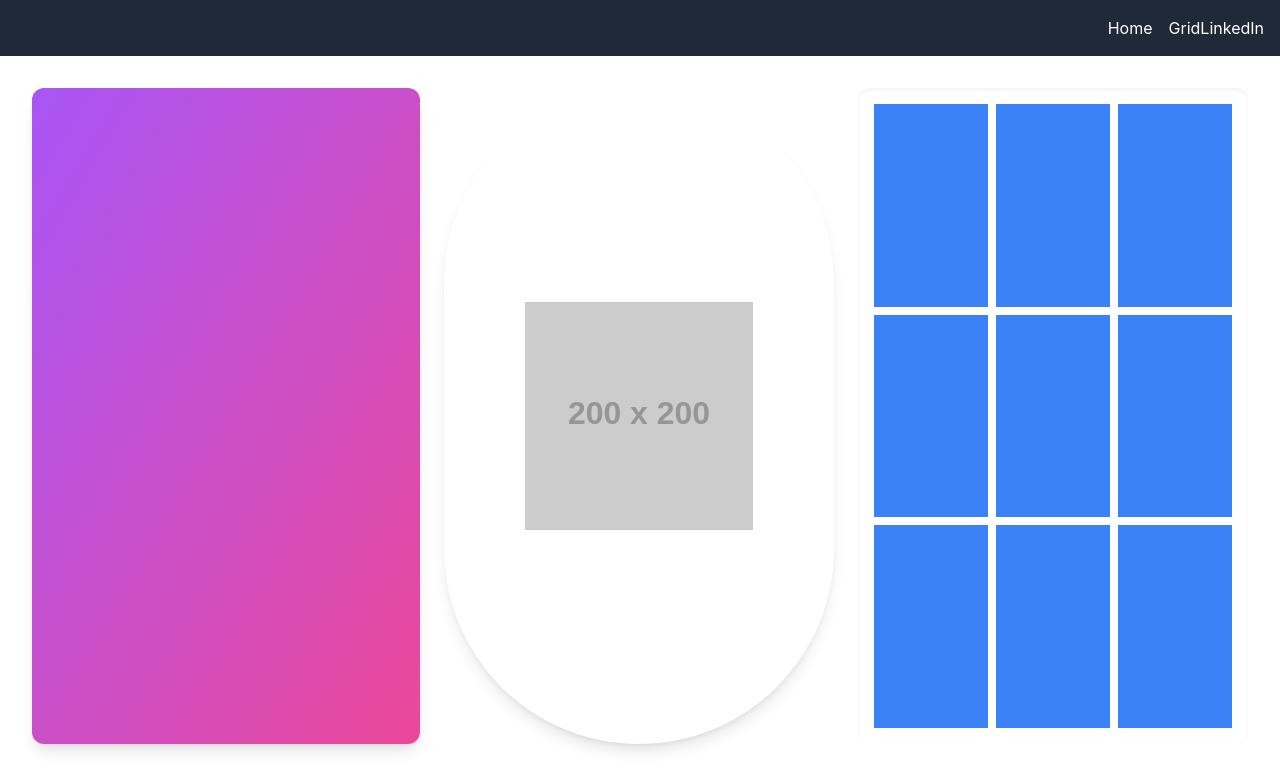
Repository: Vivek300705/Dashboard
Page: /
An editor plug-in stored every save of this project. The page is shown before and after the next save, followed by the edit.
The browser window is 1280 px wide. The pictures show the whole page.
The project was rebuilt for these pictures with package versions that can differ from the ones it lists, and the page was loaded fresh each time.

Above is the page before, as saved 2025-01-22 09:43:27.

### src/App.js
import React from "react";
import { BrowserRouter as Router, Routes, Route, Link } from "react-router-dom";
import Home from "./components/Home";

function App() {
  return (
    <Router>
      <div className="App">
        {/* Navigation Bar */}
        <nav className="bg-gray-800 text-white flex justify-end items-center p-4">
          <div className="flex space-x-4">
            <Link className="hover:underline" to="/">Home</Link>
            <Link className="hover:underline" to="/grid">Grid</Link>
          </div>
          <a
            className="hover:underline"
            href="https://www.linkedin.com/in/your-profile/"
            target="_blank"
            rel="noopener noreferrer"
          >
            LinkedIn
          </a>
        </nav>

        {/* Routes */}
        <Routes>
          <Route path="/" element={<Home />} />
        </Routes>
      </div>
    </Router>
  );
}

export default App;

### src/components/Home.js
import React from "react";

function Home() {
  return (
    <div className="flex flex-col lg:flex-row items-center justify-between p-4 lg:p-8 h-screen gap-6">
      {/* Left Section */}
      <div className="bg-gradient-to-br from-purple-500 to-pink-500 w-full lg:w-1/3 h-64 lg:h-full rounded-xl shadow-lg"></div>

      {/* Center Section */}
      <div className="flex items-center justify-center w-full lg:w-1/3 h-64 lg:h-full bg-white rounded-full shadow-lg p-6">
        <img
          src="https://via.placeholder.com/200"
          alt="E-cell Logo"
          className="w-2/3 h-auto"
        />
      </div>

      {/* Right Section */}
      <div className="bg-white w-full lg:w-1/3 h-64 lg:h-full rounded-xl shadow-inner grid grid-cols-3 gap-2 p-4">
        {[...Array(9)].map((_, index) => (
          <div
            key={index}
            className="bg-blue-500 w-full h-full cursor-pointer"
            onClick={(e) => handleGridClick(e, index)}
          ></div>
        ))}
      </div>
    </div>
  );
}

const handleGridClick = (e, index) => {
  const gridItem = e.target;
  gridItem.style.backgroundColor = "red";

  if (index === 8) {
    const gridItems = document.querySelectorAll(".grid-cols-3 > div");
    let delay = 0;
    gridItems.forEach((item) => {
      if (item.style.backgroundColor === "red") {
        setTimeout(() => {
          item.style.backgroundColor = "blue";
        }, delay);
        delay += 200;
      }
    });
  }
};

export default Home;

Loaded but not shown: public/index.html (common file); src/index.js (common file); src/index.css (common file); src/reportWebVitals.js (common file); tailwind.config.js (common file)

After the next save:
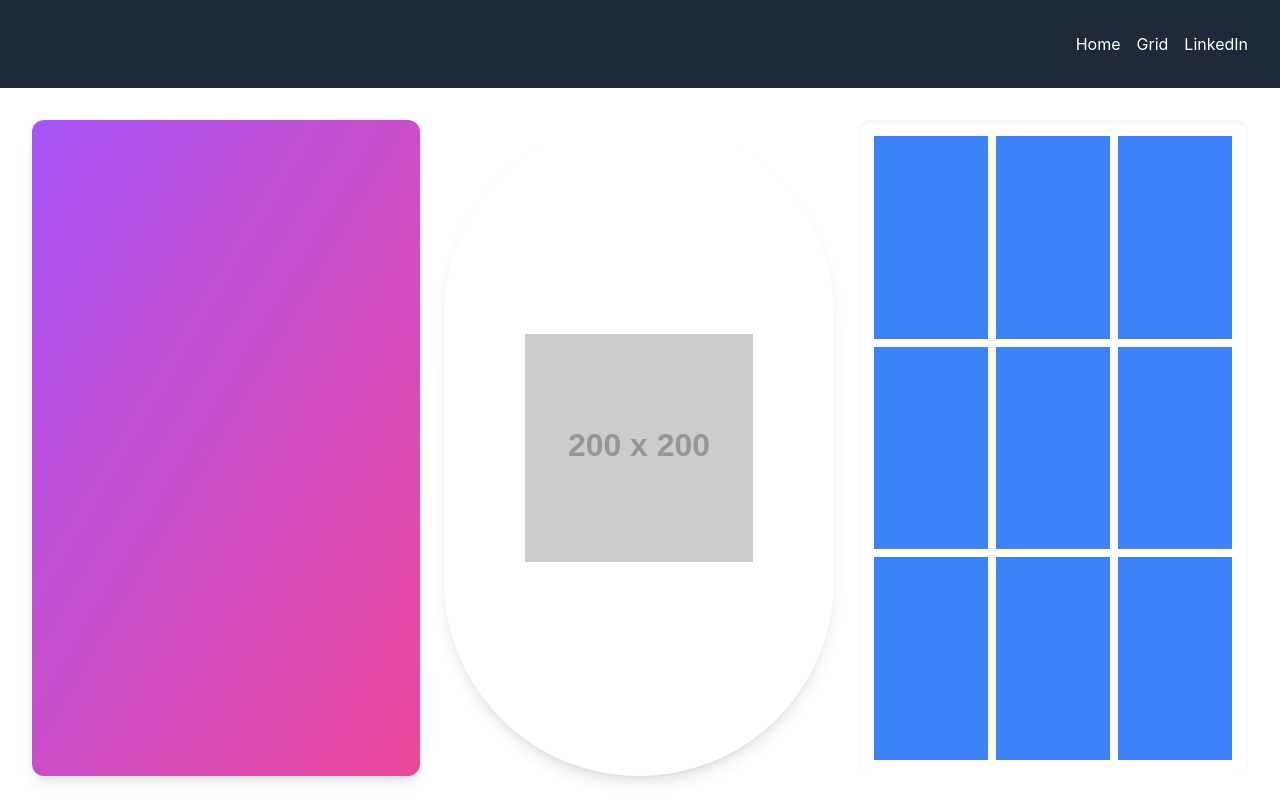
Saved 44 s later.
--- a/src/App.js
+++ b/src/App.js
@@ -13,7 +13,7 @@
             <Link className="hover:underline" to="/grid">Grid</Link>
           </div>
           <a
-            className="hover:underline"
+            className="hover:underline p-4"
             href="https://www.linkedin.com/in/your-profile/"
             target="_blank"
             rel="noopener noreferrer"
